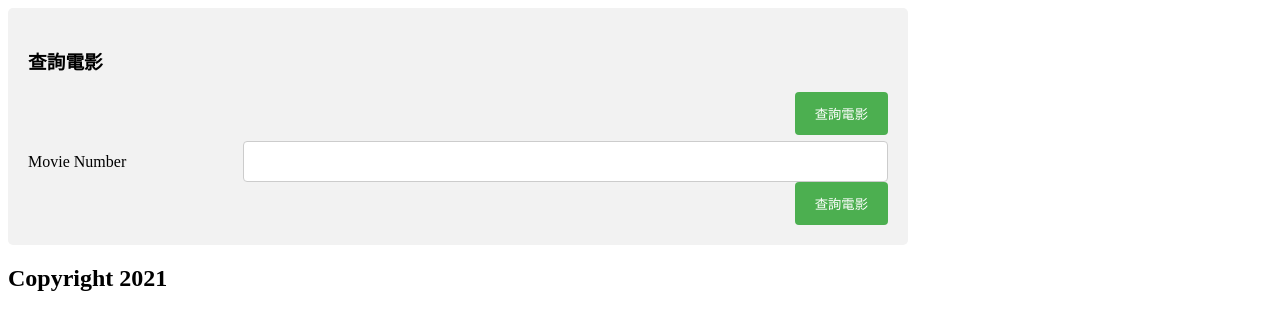
Repository: PEICHI26/Cinema
Page: http://localhost/Cinema/Query.jsp
An editor plug-in stored every save of this project. The page is shown before and after the next save, followed by the edit.
The browser window is 1280 px wide. The pictures show the whole page.
The page is served by Tomcat 9. Nobody is signed in. The application's start-up code is not run.

Above is the page before, as saved 2021-12-18 04:06:11.

After the next save:
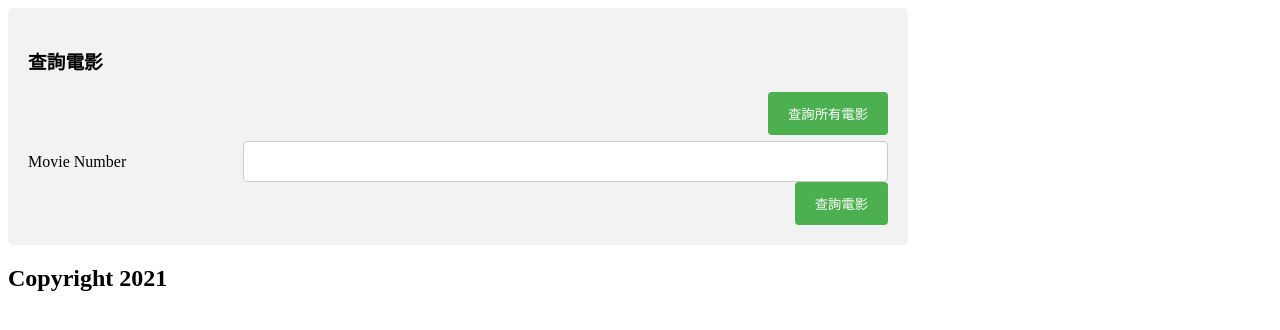
Saved 18 s later.
--- a/Cinema/src/main/webapp/Query.jsp
+++ b/Cinema/src/main/webapp/Query.jsp
@@ -77,7 +77,7 @@ input[type=submit]:hover {
 <h3>查詢電影</h3>
  <form action="MovieServlet" method="post">
   <div class="row">
-    <input type="submit" name="QUERYALL" value="查詢電影">
+    <input type="submit" name="QUERYALL" value="查詢所有電影">
   </div>
 
   <div class="row">
